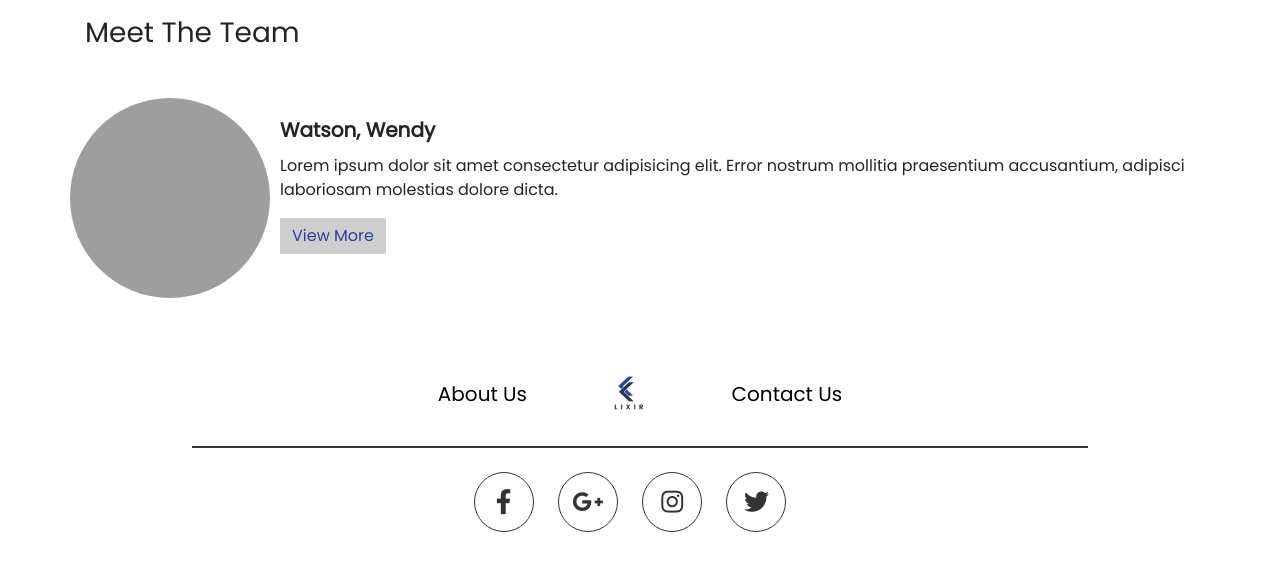
Repository: phiiileo/lit-page
Page: team-page.html
These files come from the project's save history. The page is drawn as it stood at one moment and after a run of saves; the edit follows.
The browser window is 1280 px wide. The pictures show the whole page.
Pictures or frames that could not be fetched are drawn as grey boxes. Some web libraries are served in a nearby version.

Above is the page before, as saved 2019-12-04 21:28:11.

### team-page.html
<head>
  <meta charset="UTF-8" />
  <meta name="viewport" content="width=device-width, initial-scale=1.0" />
  <meta http-equiv="X-UA-Compatible" content="ie=edge" />
  <title>Lixir | Official Page</title>
  <link
    rel="stylesheet"
    href="css/bootstrap-4.4.0-dist/css/bootstrap.min.css"
  />
  <script src="js/jquery-1.11.1.min.js"></script>
  <script src="js/popper.min.js"></script>
  <script src="css/bootstrap-4.4.0-dist/js/bootstrap.min.js"></script>
  <link
    href="https://fonts.googleapis.com/css?family=Poppins&display=swap"
    rel="stylesheet"
  />
  <link
    rel="stylesheet"
    type="text/css"
    href="https://cdnjs.cloudflare.com/ajax/libs/font-awesome/5.11.2/css/all.min.css"
  />
  <link rel="stylesheet" href="css/site_footer.css" />
  <link rel="stylesheet" href="./css/team-page.css">
</head>

<div class="container">
    <p><h3>Meet The Team</h3></p>
    <div class="row row-cols-1 row-cols-md-1 mt-5 mb-5">
        <div class="card">
            <div class="row no-gutters">
                <div class="col-md-2">
                    <img src="https://res.cloudinary.com/gboyega/image/upload/v1575387409/grillspot/profile-placeholder_kqu2no.png" alt="profileImage" class=" card-img team-image img-responsive">
                </div>
                <div class="col-md-10">
                    <div class="card-body">
                        <h5 class="card-title">Watson, Wendy</h5>
                        <p class="card-text">Lorem ipsum dolor sit amet consectetur adipisicing elit. Error nostrum mollitia praesentium accusantium, adipisci laboriosam molestias dolore dicta.</p>
                        <p class="card-text"><button class="btn btn-secondary" id="viewMoreButton">View More</button></p>
                    </div>
                </div>
            </div>
        </div>
    </div>
</div>

<footer class="mt-5">
  <section class="footer_content mx-auto text-center">
    <section class="footer_content--one">
      <a href="about_us.php" class="">About Us</a>
      <a href="index.php" class="mx-5">
        <img src="image/footer_logo.png" alt="" width="100px" height="100px"
      /></a>
      <a href="contact.php" class="">Contact Us</a>
    </section>
    <section class="footer_content--two pt-4">
      <a href="#"><i class="fab fa-facebook-f"></i></a>
      <a href=""><i class="fab fa-google-plus-g"></i></a>
      <a href=""><i class="fab fa-instagram"></i></a>
      <a href=""><i class="fab fa-twitter"></i></a>
    </section>
  </section>
</footer>

### css/site_footer.css
footer .footer_content {
    width: 70%;
  }

  footer .footer_content .footer_content--one {
    width: 100%;
    border-bottom: 2px solid #333333;
  }

  footer .footer_content .footer_content--one a {
    font-size: 20px;
    line-height: 28px;
    color: #000000;
    display: inline-block;
  }

  footer .footer_content .footer_content--two a {
    color: #333333;
    border: 1px solid #333333;
    border-radius: 50%;
    width: 60px;
    height: 60px;
    display: -webkit-inline-box;
    display: -ms-inline-flexbox;
    display: inline-flex;
    -webkit-box-pack: center;
        -ms-flex-pack: center;
            justify-content: center;
    -webkit-box-align: center;
        -ms-flex-align: center;
            align-items: center;
    margin-right: 20px;
    margin-bottom: 20px;
  }

  footer .footer_content .footer_content--two a i {
    font-size: 25px;
  }

### css/team-page.css
* {
  margin-top: 0;
  padding: 0px;
  box-sizing: border-box;
  font-family: "Poppins", sans-serif;
}
.team-image{
    width: 200px;
    height: 200px;
    border-radius: 50%;
}

.card{
    border: 0;
}

.card-title{
    font-weight: bold;
}

#viewMoreButton{
    color:#29419b ;
    background: #cecece;
    border-radius: 0;
    border: 0;
}

Loaded but not shown: css/bootstrap-4.4.0-dist/css/bootstrap.min.css (library); js/jquery-1.11.1.min.js (library); js/popper.min.js (library); css/bootstrap-4.4.0-dist/js/bootstrap.min.js (library)

After the next 7 saves:
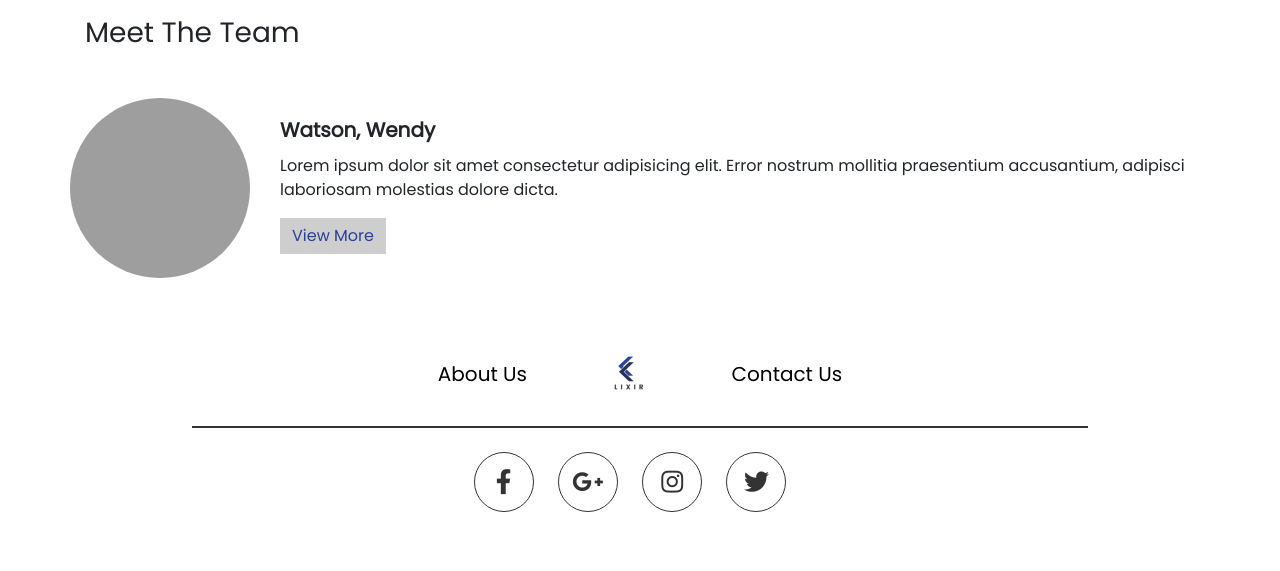
The 7 saves are shown as one change because they came seconds apart.
The last was saved 36 s later.
--- a/css/team-page.css
+++ b/css/team-page.css
@@ -5,8 +5,8 @@
   font-family: "Poppins", sans-serif;
 }
 .team-image{
-    width: 200px;
-    height: 200px;
+    width: 180px;
+    height: 180px;
     border-radius: 50%;
 }
 
